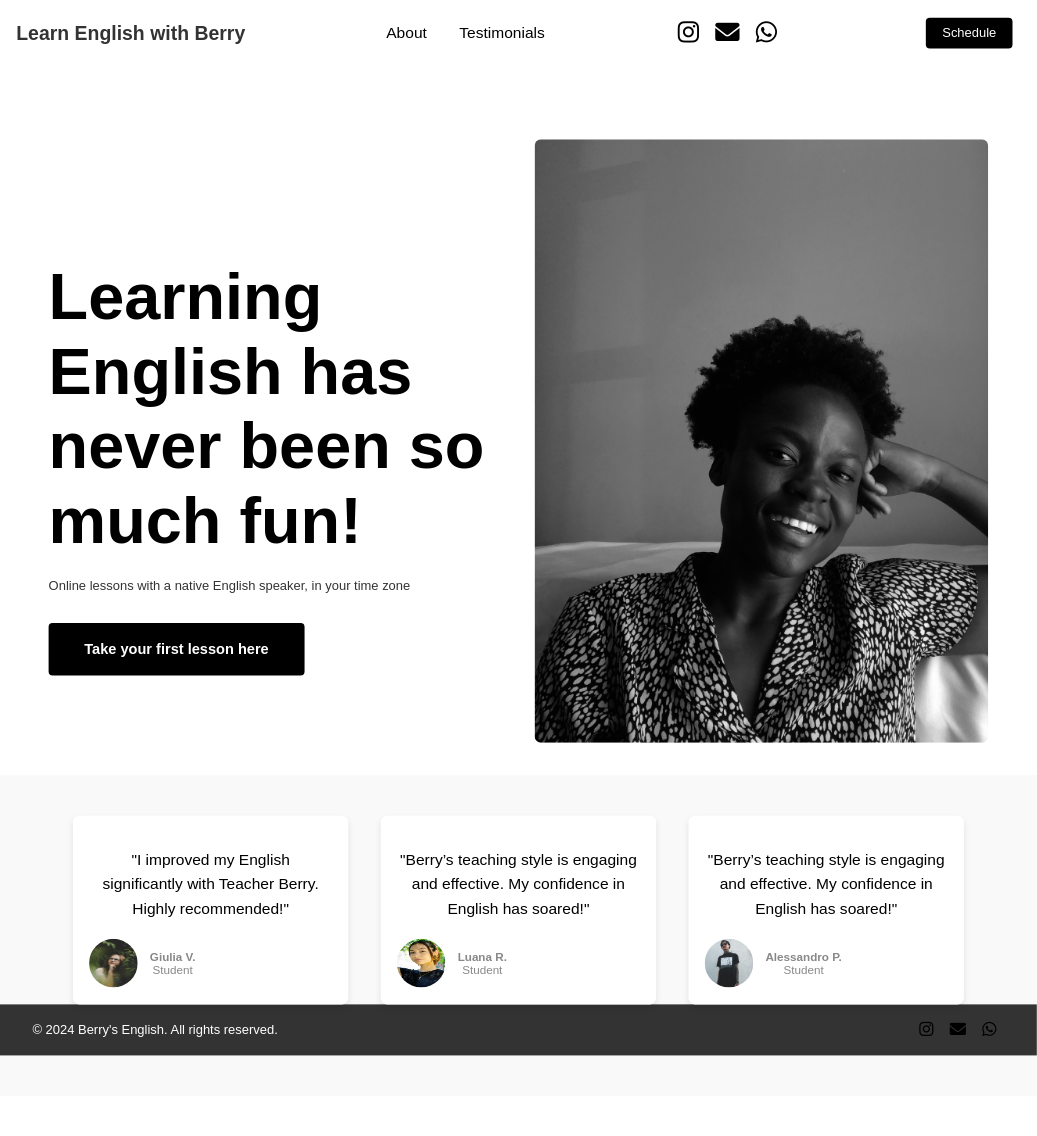
Repository: ntandomagana/esl-landing-page
Page: index.html
These files come from the project's save history. The page is drawn as it stood at one moment and after the next save; the edit follows.
The browser window is 1280 px wide. The pictures show the whole page, at 81% of full size.

Above is the page before, as saved 2024-07-17 13:59:51.

After the next save:
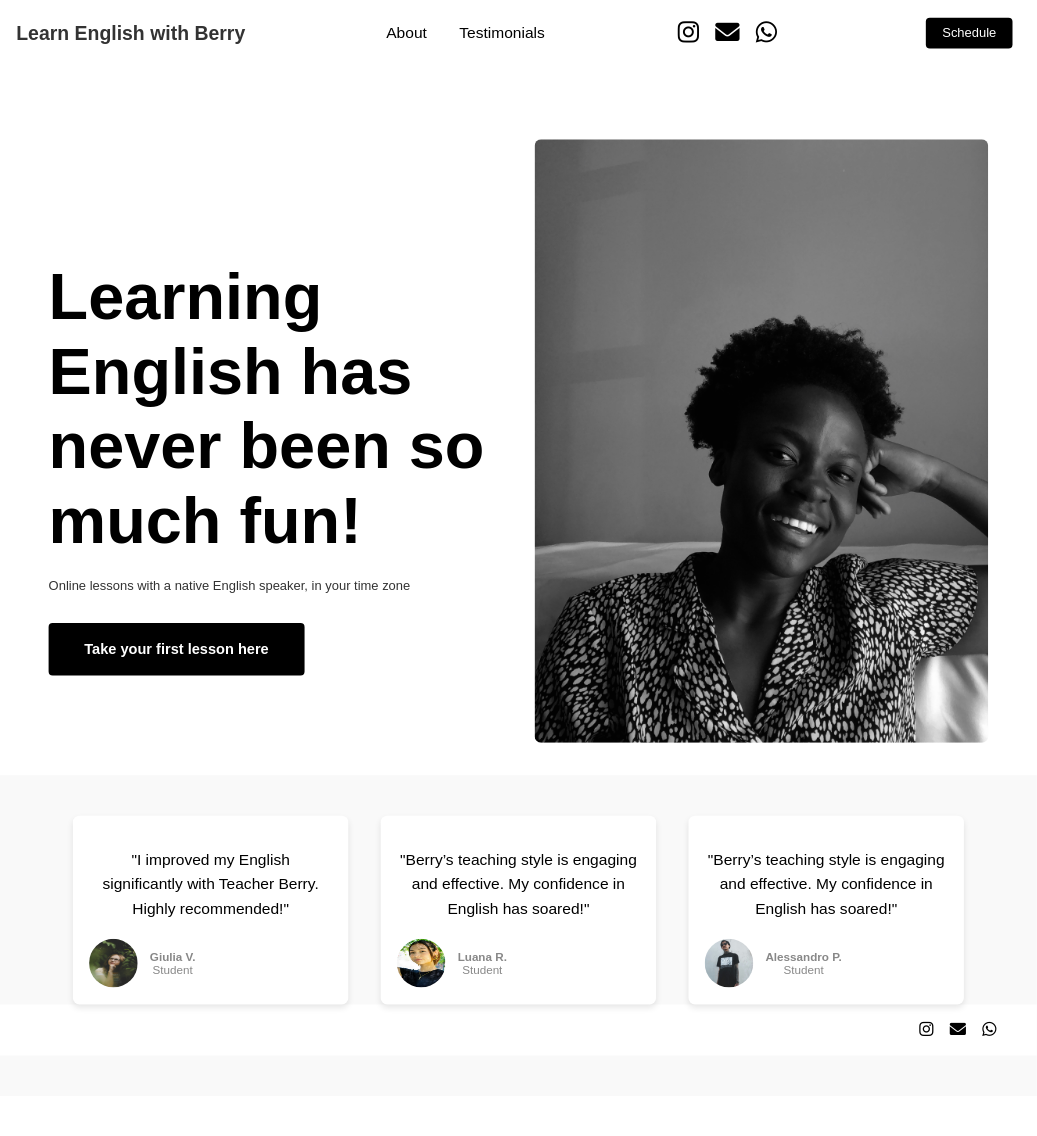
Saved 15 s later.
--- a/index.css
+++ b/index.css
@@ -227,7 +227,7 @@ nav ul li a:hover {
 /* Styles for header, main content, testimonials, etc. */
 
 footer {
-    background-color: #333;
+    background-color: white;
     color: #fff;
     padding: 20px 0;
     text-align: center;
